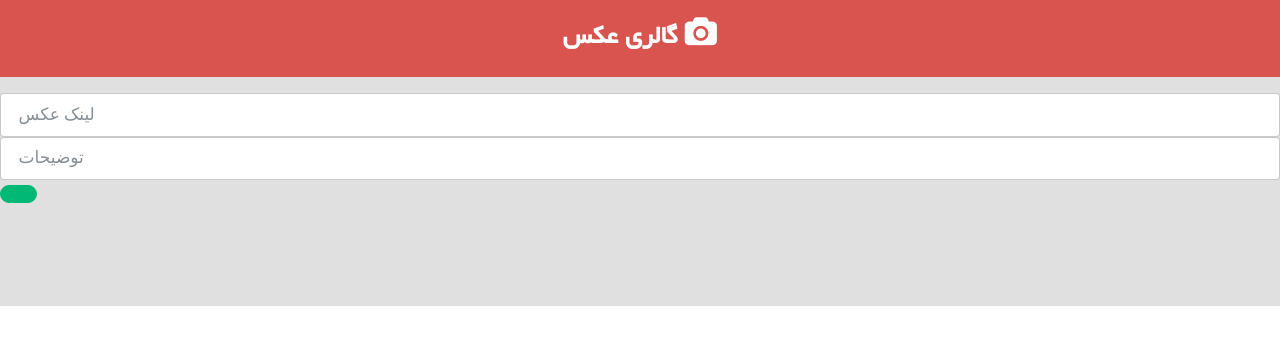
Repository: sadegh1379/PhotoWall-app
Page: /addphoto
The author's editor kept a copy of each file at every save. The page is drawn from the files as they stood at one save, then again after a run of saves.
The browser window is 1280 px wide. The pictures show the whole page.
The project was rebuilt for these pictures with package versions that can differ from the ones it lists, and the page was loaded fresh each time. Also part of the build but not shown: src/Component/Photo.js, src/Component/PhotoWall.js.

Above is the page before, as saved 2020-02-22 13:17:37.

### public/index.html
<!DOCTYPE html>
<html lang="en">
  <head>
    <meta charset="utf-8" />
    <link rel="icon" href="%PUBLIC_URL%/favicon.ico" />
    <meta name="viewport" content="width=device-width, initial-scale=1" />
    <meta name="theme-color" content="#000000" />
    <link rel="stylesheet" href="https://stackpath.bootstrapcdn.com/font-awesome/4.7.0/css/font-awesome.min.css">
    <meta
      name="description"
      content="Web site created using create-react-app"
    />
    <link rel="apple-touch-icon" href="%PUBLIC_URL%/logo192.png" />
    <!--
      manifest.json provides metadata used when your web app is installed on a
      user's mobile device or desktop. See https://developers.google.com/web/fundamentals/web-app-manifest/
    -->
    <link rel="manifest" href="%PUBLIC_URL%/manifest.json" />
    <!--
      Notice the use of %PUBLIC_URL% in the tags above.
      It will be replaced with the URL of the `public` folder during the build.
      Only files inside the `public` folder can be referenced from the HTML.

      Unlike "/favicon.ico" or "favicon.ico", "%PUBLIC_URL%/favicon.ico" will
      work correctly both with client-side routing and a non-root public URL.
      Learn how to configure a non-root public URL by running `npm run build`.
    -->
    <title>React App</title>
  </head>
  <body>
    <noscript>You need to enable JavaScript to run this app.</noscript>
    <div id="root"></div>
    <!--
      This HTML file is a template.
      If you open it directly in the browser, you will see an empty page.

      You can add webfonts, meta tags, or analytics to this file.
      The build step will place the bundled scripts into the <body> tag.

      To begin the development, run `npm start` or `yarn start`.
      To create a production bundle, use `npm run build` or `yarn build`.
    -->
  </body>
</html>

### src/App.js
import React , { Component } from 'react';
import { BrowserRouter as Router , Route, Switch } from 'react-router-dom';
import Title from './Component/Title';
import PhotoWall from './Component/PhotoWall';
import './bootswatch.css';
import AddPhoto from './Component/AddPhoto';
import './App.css';

class App extends Component {

  constructor(){

      super()

      this.state = {
        posts : [
          {
            id : "0" ,
            description : "صادق اکبری" ,
            imageLink : "https://dkt6rvnu67rqj.cloudfront.net/cdn/ff/tpWy09V5tfN_Il2UBj8nPU4FZvPDpNBQSecbyXiqbuM/1574345660/public/styles/322x405/public/media/int_files/1008357.jpg?itok=c5qoLzeh"
          },
          {
           id : "1" ,
           description : "علی میرزایی" ,
           imageLink : "https://dkt6rvnu67rqj.cloudfront.net/cdn/ff/tpWy09V5tfN_Il2UBj8nPU4FZvPDpNBQSecbyXiqbuM/1574345660/public/styles/322x405/public/media/int_files/1008357.jpg?itok=c5qoLzeh"
         }
         ,{
           id : "5" ,
           description :" سارا ممبینی" ,
           imageLink :"https://thetyee.ca/Culture/2017/10/31/FawnLawn.jpg"

         },
         {
          id : "6" ,
          description : "صادق اکبری" ,
          imageLink : "https://dkt6rvnu67rqj.cloudfront.net/cdn/ff/tpWy09V5tfN_Il2UBj8nPU4FZvPDpNBQSecbyXiqbuM/1574345660/public/styles/322x405/public/media/int_files/1008357.jpg?itok=c5qoLzeh"
        },
        {
         id : "7" ,
         description : "علی میرزایی" ,
         imageLink : "https://www.iata.org/contentassets/d7c512eb9a704ba2a8056e3186a31921/cargo_live_animals_parrot.jpg?w=330&h=200&mode=crop&scale=both&v=20191213012337"
       }
       ,{
         id : "8" ,
         description :" سارا ممبینی" ,
         imageLink :"https://images.unsplash.com/photo-1497752531616-c3afd9760a11?ixlib=rb-1.2.1&w=1000&q=80"

       }
        ]

    }
  }

// Remove post
 onRemovePost = (removedPost) =>{

      this.setState((state)=>({
          posts : state.posts.filter(post => post !== removedPost)
      }))

  }

  render(){
      return (
        <div className="body">
              <Router>
                  <Title title="گالری عکس"/>
                  <Switch>

                      <Route exact path="/" render={()=>(
                              <div>
                                  <PhotoWall onRemovePost={this.onRemovePost} posts={this.state.posts}/>
                              </div>
                      )}/>

                        <Route exact path="/addphoto" component={AddPhoto}/>
                </Switch>
            </Router>
        </div>
      );
}
}

export default App;

### src/Component/Title.js
import React from 'react';
import PropTypes from 'prop-types';


function Title(props) {
    return (
            <p className=" bg-danger text-white py-3 p-title text-center">{props.title} <span className="fa fa-camera"></span></p>
    )
}

Title.propTypes = {
    title : PropTypes.string.isRequired
}

export default Title;

### src/Component/AddPhoto.js
import React, { Component } from 'react'

export class AddPhoto extends Component {
    render() {
        return (
            <div>
                <form>
                    <input type="text" placeholder="لینک عکس" className="form-control"/>
                    <input type="text" placeholder="توضیحات" className="form-control" />
                    <button type="submit" className="btn btn-success "></button>
                </form>
            </div>
        )
    }
}

export default AddPhoto;

### src/App.css
.p-title{
    font-size: 30px;
    color:white ;
    font-weight: bolder;
    font-family: 'Byekan';
}

.body{
    font-family: 'Brekan';
    background-color: #E0E0E0;
    padding-bottom: 100px;
}

 .photo-grid{
    /* max-width: 1000px; */
    margin: 0 auto;
    display: flex;
    flex-wrap: wrap;
    justify-content: center;
}

@font-face{
    font-family: 'Byekan';
    src:url('./Component/fonst/Yekan.ttf');
}

.photo-card{
  margin: 10px 10px;
  box-shadow: 5px 5px 5px 5px #888888;
}

.add-icon{
    text-align: center;
    margin: 20px auto;
    color:white  !important;
    background-color: rgb(62, 112, 75);
    padding: 20px;
    border-radius: 70px;


}

Loaded but not shown: src/index.js (common file); src/index.css (common file); src/bootswatch.css (library)

After the next 2 saves:
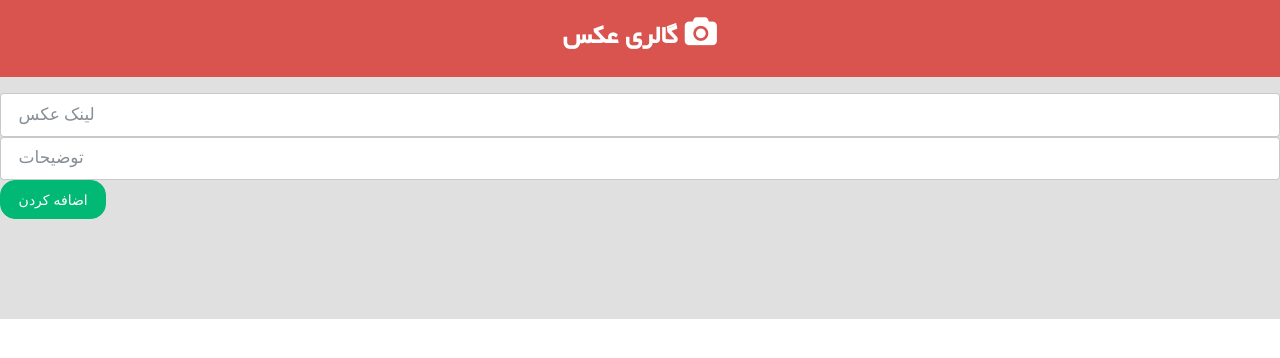
The 2 saves are shown as one change because they came seconds apart.
The last was saved 9 s later.
--- a/src/Component/AddPhoto.js
+++ b/src/Component/AddPhoto.js
@@ -7,7 +7,7 @@ export class AddPhoto extends Component {
                 <form>
                     <input type="text" placeholder="لینک عکس" className="form-control"/>
                     <input type="text" placeholder="توضیحات" className="form-control" />
-                    <button type="submit" className="btn btn-success "></button>
+                    <button type="submit" className="btn btn-success ">اضافه کردن</button>
                 </form>
             </div>
         )
